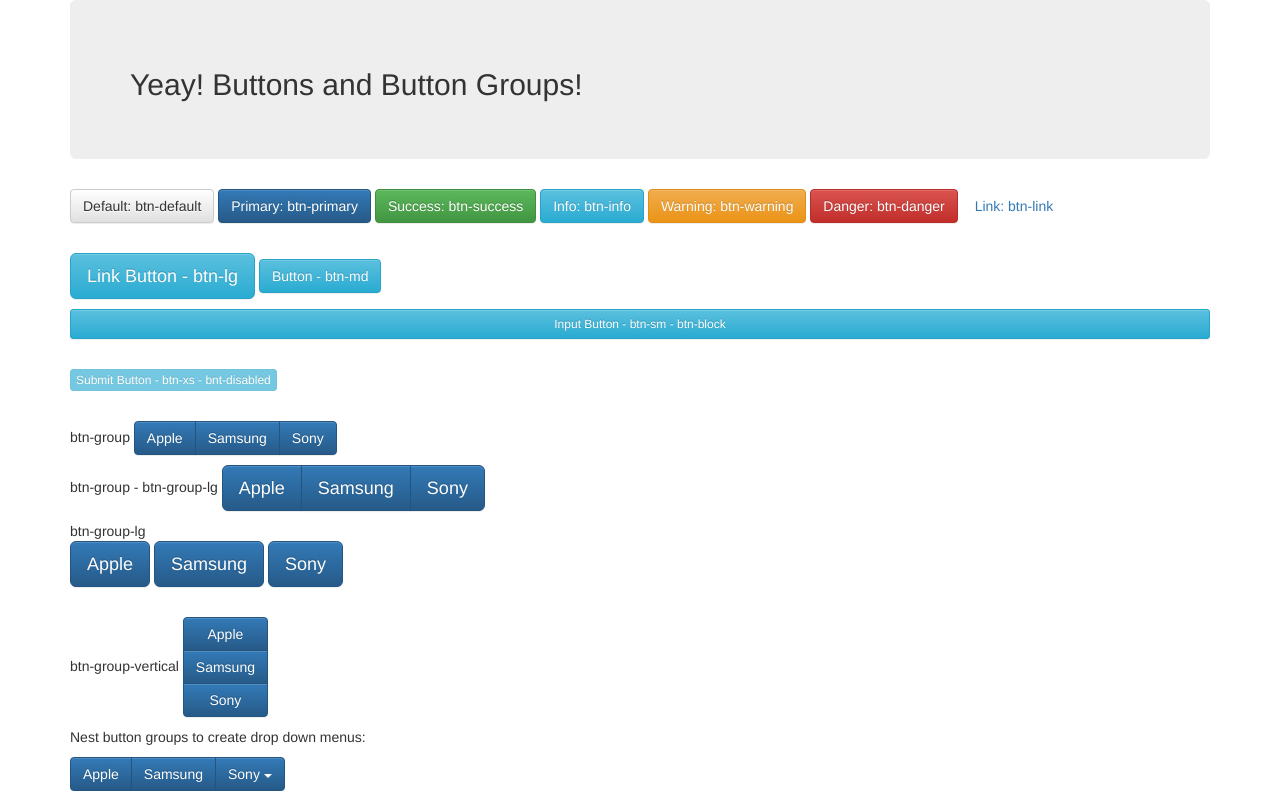
Repository: jksfoTemp/html-css-js
Page: -HTML5/bootstrap/buttons.html
The author's editor kept a record of every edit. The page is drawn from the files as they stood at one moment, then again after the next edit.
The browser window is 1280 px wide. The pictures show the whole page.
Some web libraries are served in a nearby version.

Above is the page before.

### -HTML5/bootstrap/buttons.html
<!DOCTYPE html>
<html lang="en">

<head>
    <title>Bootstrap - Buttons</title>
    <meta charset="utf-8">
    <meta name="viewport" content="width=device-width, initial-scale=1">

    <!-- <link rel="stylesheet" href="http://reset5.googlecode.com/hg/reset.min.css"> -->

    <!-- Latest compiled and minified CSS -->
    <link rel="stylesheet" href="https://maxcdn.bootstrapcdn.com/bootstrap/3.3.2/css/bootstrap.min.css">

    <!-- Optional theme -->
    <link rel="stylesheet" href="https://maxcdn.bootstrapcdn.com/bootstrap/3.3.2/css/bootstrap-theme.min.css">

    <script src="https://code.jquery.com/jquery-2.1.3.min.js"></script>

    <!-- Latest compiled and minified JavaScript -->
    <script src="https://maxcdn.bootstrapcdn.com/bootstrap/3.3.2/js/bootstrap.min.js">
    </script>

</head>

<body>
<div class="container">
    <div class="jumbotron ">
        <h2>Yeay! Buttons and Button Groups!</h2>
    </div>
    <div class="">
        <button type="button" class="btn btn-default">Default: btn-default</button>
        <button type="button" class="btn btn-primary">Primary: btn-primary</button>
        <button type="button" class="btn btn-success">Success: btn-success</button>
        <button type="button" class="btn btn-info">Info: btn-info</button>
        <button type="button" class="btn btn-warning">Warning: btn-warning</button>
        <button type="button" class="btn btn-danger">Danger: btn-danger</button>
        <button type="button" class="btn btn-link">Link: btn-link</button>
    </div>
    &nbsp;
    <p></p>
    <div class="">
        <a href="#" class="btn btn-info btn-primary btn-lg" role="button">Link Button - btn-lg</a>
        <button type="button" class="btn btn-info btn-primary btn-md">Button - btn-md</button>
        &nbsp;
        <p></p>
        <input type="button" class="btn btn-info btn-primary btn-sm btn-block" value="Input Button - btn-sm - btn-block"> &nbsp;
        <p></p>
        <input type="submit" class="btn btn-info btn-primary btn-xs disabled" value="Submit Button - btn-xs - bnt-disabled">

    </div>
    &nbsp;
    <p></p>
    btn-group
    <div class="btn-group">
        <button type="button" class="btn btn-primary">Apple</button>
        <button type="button" class="btn btn-primary">Samsung</button>
        <button type="button" class="btn btn-primary">Sony</button>
    </div>
    &nbsp;
    <p></p>
    btn-group - btn-group-lg
    <div class="btn-group btn-group-lg">
        <button type="button" class="btn btn-primary">Apple</button>
        <button type="button" class="btn btn-primary">Samsung</button>
        <button type="button" class="btn btn-primary">Sony</button>
    </div>
    &nbsp;
    <p></p>
    btn-group-lg
    <div class="btn-group-lg">
        <button type="button" class="btn btn-primary">Apple</button>
        <button type="button" class="btn btn-primary">Samsung</button>
        <button type="button" class="btn btn-primary">Sony</button>
    </div>
    &nbsp;
    <p></p>
    btn-group-vertical
    <div class="btn-group-vertical">
        <button type="button" class="btn btn-primary">Apple</button>
        <button type="button" class="btn btn-primary">Samsung</button>
        <button type="button" class="btn btn-primary">Sony</button>
    </div>
    &nbsp;
    <p></p>
    <p>Nest button groups to create drop down menus:</p>
    <div class="btn-group">
        <button type="button" class="btn btn-primary">Apple</button>
        <button type="button" class="btn btn-primary">Samsung</button>
        <div class="btn-group">
            <button type="button" class="btn btn-primary dropdown-toggle" data-toggle="dropdown">
                Sony <span class="caret"></span>
            </button>
            <ul class="dropdown-menu" role="menu">
                <li><a href="#">Tablet</a>
                </li>
                <li><a href="#">Smartphone</a>
                </li>
            </ul>
        </div>
    </div>
</div>
</body>

</html>

After the next edit:
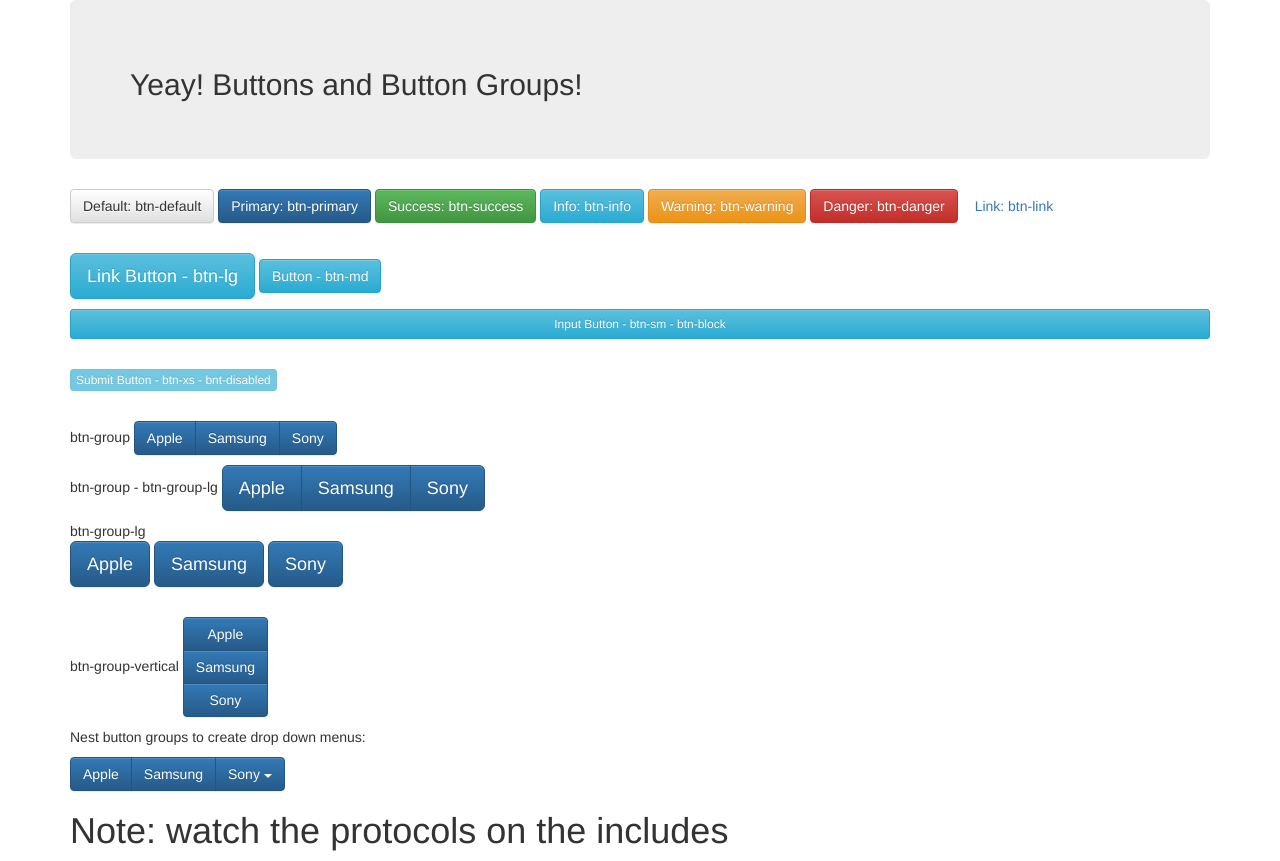
The edit:
--- a/-HTML5/bootstrap/buttons.html
+++ b/-HTML5/bootstrap/buttons.html
@@ -98,6 +98,9 @@
             </ul>
         </div>
     </div>
+    <p></p>
+    <h1>Note: watch the protocols on the includes</h1>
+
 </div>
 </body>
 
